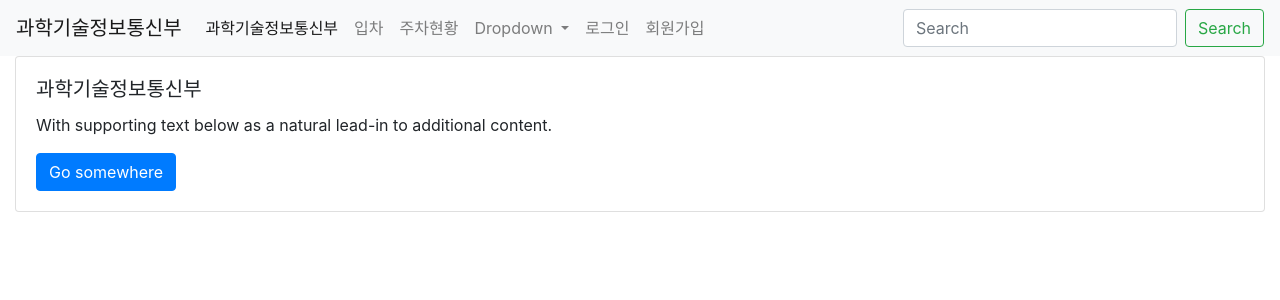
Repository: jbkim08/pro07
Page: http://localhost/pro07/WEB-INF/views/home.jsp
An editor plug-in stored every save of this project. The page is shown before and after the next save, followed by the edit.
The browser window is 1280 px wide. The pictures show the whole page.
The page is served by Tomcat 9. Nobody is signed in. Other server files are loaded and not shown. The template is opened directly, without the code that normally fills it, so the values that code supplies are empty.

Above is the page before, as saved 2022-12-28 10:10:30.

### pro07/src/main/webapp/WEB-INF/views/home.jsp
<%@ page language="java" contentType="text/html; charset=UTF-8"
	pageEncoding="UTF-8"%>
<%@ taglib uri="http://java.sun.com/jsp/jstl/core" prefix="c"%>
<%@ taglib prefix="c" uri="http://java.sun.com/jsp/jstl/core"%>
<%@ taglib prefix="fmt" uri="http://java.sun.com/jsp/jstl/fmt"%>
<%@ taglib prefix="fn" uri="http://java.sun.com/jsp/jstl/functions"%>
<%@ page import="java.util.*, java.lang.*"%>
<%@ page import="java.text.*, java.net.InetAddress"%>
<!DOCTYPE html>
<html>
<head>
<meta http-equiv="Content-Type" content="text/html" charset="UTF-8">
<meta name="viewport" content="width=device-width, initial-scale=1">
<title>과학기술정보통신부</title>
<link rel="stylesheet" href="https://cdn.jsdelivr.net/npm/bootstrap@4.6.2/dist/css/bootstrap.min.css">
<script src="https://code.jquery.com/jquery-latest.js"></script>
<script src="https://cdn.jsdelivr.net/npm/bootstrap@4.6.2/dist/js/bootstrap.bundle.min.js"></script>
<!-- header css -->
<style>

</style>
<!-- header css end -->
</head>
<body>

<header id="header">
	<!-- 헤더 부분 인클루드 -->
	<jsp:include page="include/header.jsp"></jsp:include>
</header>



<footer id="footer">
	<!-- 푸터 부분 인클루드 -->
	<jsp:include page="include/footer.jsp"></jsp:include>
</footer>

</body>
</html>

### pro07/src/main/webapp/WEB-INF/views/include/header.jsp
<%@ page language="java" contentType="text/html; charset=UTF-8"
	pageEncoding="UTF-8"%>
<%@ taglib uri="http://java.sun.com/jsp/jstl/core" prefix="c"%>
<%@ taglib prefix="c" uri="http://java.sun.com/jsp/jstl/core"%>
<%@ taglib prefix="fmt" uri="http://java.sun.com/jsp/jstl/fmt"%>
<%@ taglib prefix="fn" uri="http://java.sun.com/jsp/jstl/functions"%>
<%@ page import="java.util.*, java.lang.*"%>
<%@ page import="java.text.*, java.net.InetAddress"%>

<nav class="navbar navbar-expand-lg navbar-light bg-light">
  <a class="navbar-brand" href="/">과학기술정보통신부</a>
  <button class="navbar-toggler" type="button" data-toggle="collapse" data-target="#navbarSupportedContent" aria-controls="navbarSupportedContent" aria-expanded="false" aria-label="Toggle navigation">
    <span class="navbar-toggler-icon"></span>
  </button>

  <div class="collapse navbar-collapse" id="navbarSupportedContent">
    <ul class="navbar-nav mr-auto">
      <li class="nav-item active">
        <a class="nav-link" href="/">과학기술정보통신부 <span class="sr-only">(current)</span></a>
      </li>
      <li class="nav-item">
        <a class="nav-link" href="${path0 }/parking/carIn.do">입차</a>
      </li>
      <li class="nav-item">
        <a class="nav-link" href="${path0 }/parking/list.do">주차현황</a>
      </li>
      <li class="nav-item dropdown">
        <a class="nav-link dropdown-toggle" href="#" role="button" data-toggle="dropdown" aria-expanded="false">
          Dropdown
        </a>
        <div class="dropdown-menu">
          <a class="dropdown-item" href="#">Action</a>
          <a class="dropdown-item" href="#">Another action</a>
          <div class="dropdown-divider"></div>
          <a class="dropdown-item" href="#">Something else here</a>
        </div>
      </li>

      <c:if test="${empty sid }">
      <li class="nav-item">
        <a class="nav-link" href="${path1 }/member/loginForm.do">로그인</a>
      </li>
      <li class="nav-item">
        <a class="nav-link" href="${path1 }/member/agree.do">회원가입</a>
      </li>
      </c:if>
      <c:if test="${not empty sid }">
      <li class="nav-item">
      	<a class="nav-link" href="${path1 }/member/logout.do">로그아웃</a>
      </li>
      <li class="nav-item">
      	<a class="nav-link" href="${path1 }/member/read.do">회원정보</a>
      </li>
      </c:if>
      <c:if test='${sid eq "admin"}'>
      <li class="nav-item">
        <a class="nav-link" href="#">관리자 페이지</a>
      </li>
      </c:if>

    </ul>
    <form class="form-inline my-2 my-lg-0">
      <input class="form-control mr-sm-2" type="search" placeholder="Search" aria-label="Search">
      <button class="btn btn-outline-success my-2 my-sm-0" type="submit">Search</button>
    </form>
  </div>
</nav>

### pro07/src/main/webapp/WEB-INF/views/include/footer.jsp
<%@ page language="java" contentType="text/html; charset=UTF-8"
	pageEncoding="UTF-8"%>
<%@ taglib uri="http://java.sun.com/jsp/jstl/core" prefix="c"%>
<%@ taglib prefix="c" uri="http://java.sun.com/jsp/jstl/core"%>
<%@ taglib prefix="fmt" uri="http://java.sun.com/jsp/jstl/fmt"%>
<%@ taglib prefix="fn" uri="http://java.sun.com/jsp/jstl/functions"%>
<%@ page import="java.util.*, java.lang.*"%>
<%@ page import="java.text.*, java.net.InetAddress"%>

<footer class="container-fluid" id="footer">
	<div class="in_container">
		<div class="card">
		  <div class="card-body">
		    <h5 class="card-title">과학기술정보통신부</h5>
		    <p class="card-text">With supporting text below as a natural lead-in to additional content.</p>
		    <a href="#" class="btn btn-primary">Go somewhere</a>
		  </div>
		</div>
	</div>
</footer>

After the next save:
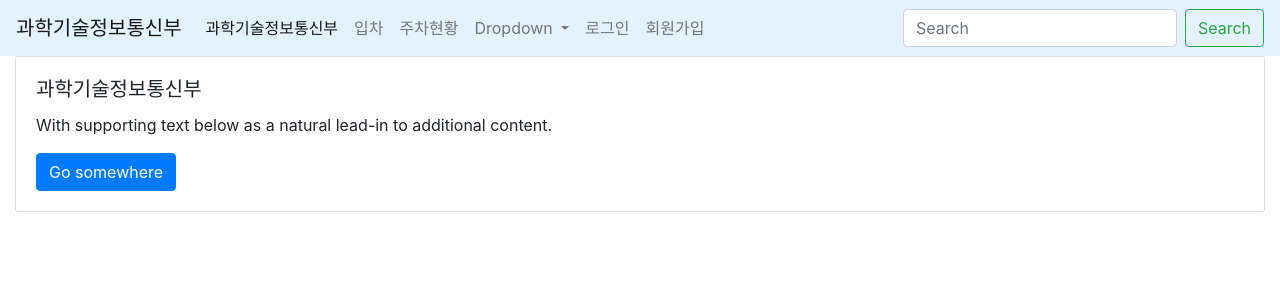
Saved 4 min 0 s later.
--- a/pro07/src/main/webapp/WEB-INF/views/include/header.jsp
+++ b/pro07/src/main/webapp/WEB-INF/views/include/header.jsp
@@ -7,7 +7,7 @@
 <%@ page import="java.util.*, java.lang.*"%>
 <%@ page import="java.text.*, java.net.InetAddress"%>
 
-<nav class="navbar navbar-expand-lg navbar-light bg-light">
+<nav class="navbar navbar-expand-lg navbar-light" style="background-color: #e3f2fd;">
   <a class="navbar-brand" href="/">과학기술정보통신부</a>
   <button class="navbar-toggler" type="button" data-toggle="collapse" data-target="#navbarSupportedContent" aria-controls="navbarSupportedContent" aria-expanded="false" aria-label="Toggle navigation">
     <span class="navbar-toggler-icon"></span>

After the save that followed:
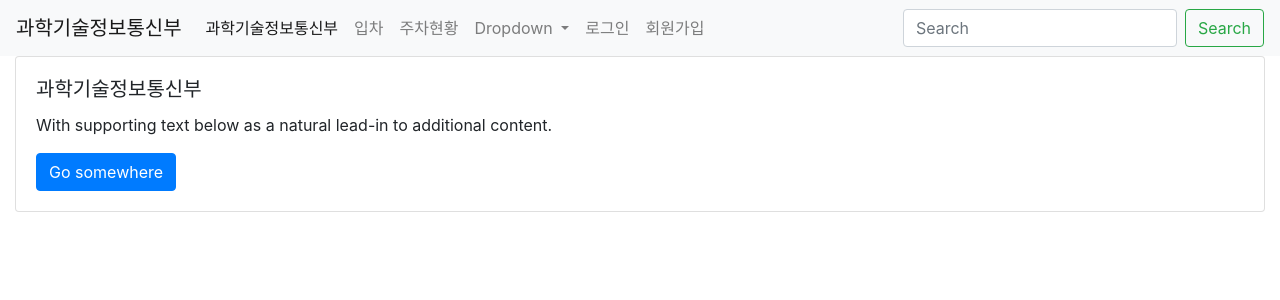
Saved 17 s later.
--- a/pro07/src/main/webapp/WEB-INF/views/include/header.jsp
+++ b/pro07/src/main/webapp/WEB-INF/views/include/header.jsp
@@ -7,7 +7,7 @@
 <%@ page import="java.util.*, java.lang.*"%>
 <%@ page import="java.text.*, java.net.InetAddress"%>
 
-<nav class="navbar navbar-expand-lg navbar-light" style="background-color: #e3f2fd;">
+<nav class="navbar navbar-expand-lg navbar-light bg-light">
   <a class="navbar-brand" href="/">과학기술정보통신부</a>
   <button class="navbar-toggler" type="button" data-toggle="collapse" data-target="#navbarSupportedContent" aria-controls="navbarSupportedContent" aria-expanded="false" aria-label="Toggle navigation">
     <span class="navbar-toggler-icon"></span>
